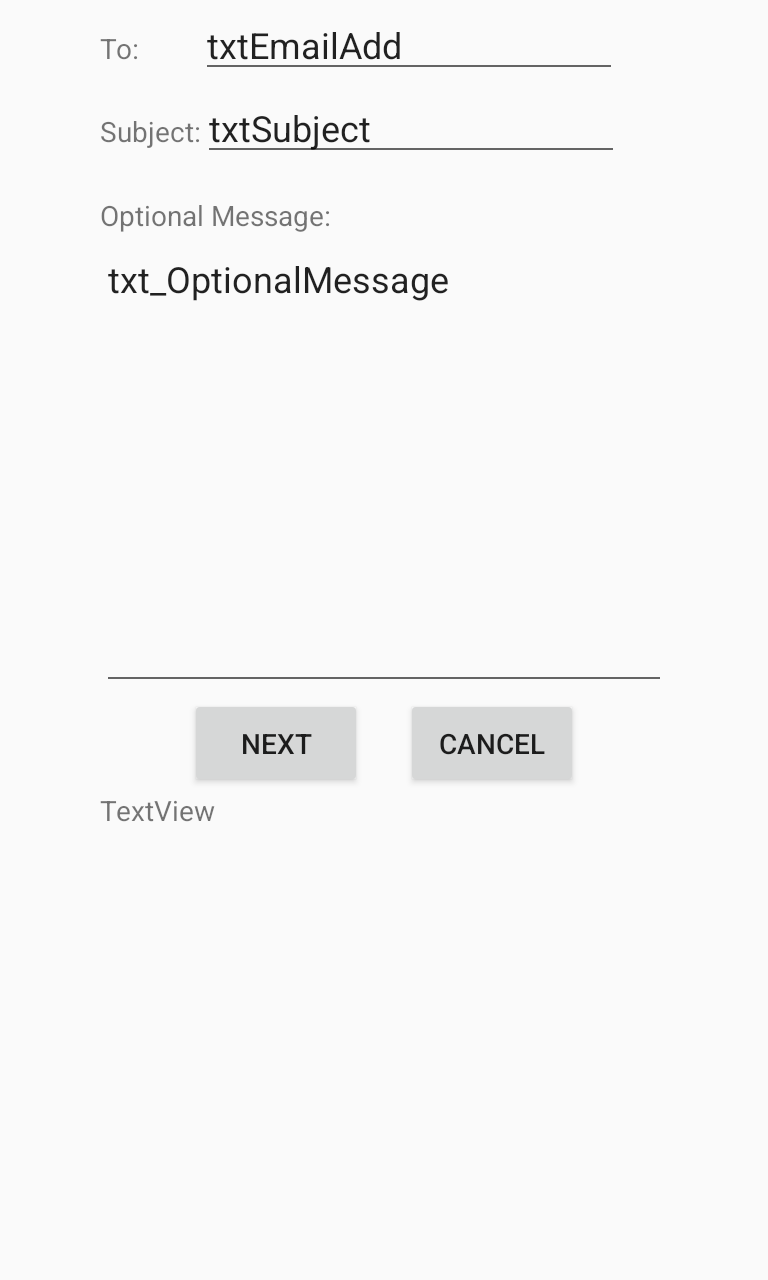
Repository: TeamZhao/Assignment-Tracker
Layout: AssignmentTracker/res/layout/activity_get_email_info.xml
These files come from the project's save history. The layout is drawn as it stood at one moment and after the next save; the edit follows.
It is drawn on a 768 x 1280 px phone screen (xhdpi) without system bars, with theme AppTheme; the app's code is not run.

Above is the layout before, as saved 2014-12-01 02:52:29.

### AssignmentTracker/res/layout/activity_get_email_info.xml
<LinearLayout xmlns:android="http://schemas.android.com/apk/res/android"
    android:layout_width="match_parent"
    android:layout_height="match_parent"
    android:orientation="vertical"
    android:paddingLeft="50dp"
    android:paddingRight="50dp" >

    <LinearLayout
        android:layout_width="match_parent"
        android:layout_height="wrap_content"
        android:orientation="horizontal" >

        <TextView
            android:id="@+id/textView1"
            android:layout_width="wrap_content"
            android:layout_height="wrap_content"
            android:paddingRight="30dp"
            android:text="@string/to" />

        <EditText
            android:id="@+id/txtEmailAdd"
            android:layout_width="wrap_content"
            android:layout_height="wrap_content"
            android:ems="10"
            android:enabled="true"
            android:text="txtEmailAdd" />

    </LinearLayout>

    <LinearLayout
        android:layout_width="match_parent"
        android:layout_height="wrap_content"
        android:orientation="horizontal" >

        <TextView
            android:id="@+id/textView3"
            android:layout_width="wrap_content"
            android:layout_height="wrap_content"
            android:text="@string/subject" />

        <EditText
            android:id="@+id/txtSubject"
            android:layout_width="wrap_content"
            android:layout_height="wrap_content"
            android:ems="10"
            android:enabled="true"
            android:text="txtSubject" />

    </LinearLayout>

    <TextView
        android:id="@+id/textView2"
        android:layout_width="wrap_content"
        android:layout_height="wrap_content"
        android:layout_marginTop="15dp"
        android:text="@string/optionalMessage" />

    <EditText
        android:id="@+id/txt_OptionalMessage"
        android:layout_width="match_parent"
        android:layout_height="wrap_content"
        android:enabled="true"
        android:gravity="center_vertical|top"
        android:inputType="textMultiLine"
        android:lines="10"
        android:text="txt_OptionalMessage" />

    <LinearLayout
        android:layout_width="match_parent"
        android:layout_height="wrap_content"
        android:gravity="center_horizontal"
        android:orientation="horizontal" >

        <Button
            android:id="@+id/btnNext"
            android:layout_width="wrap_content"
            android:layout_height="wrap_content"
            android:layout_marginRight="10dp"
            android:text="@string/next" />

        <Button
            android:id="@+id/btnCancelEmail1"
            android:layout_width="wrap_content"
            android:layout_height="wrap_content"
            android:layout_marginLeft="10dp"
            android:text="@string/cancel" />
    </LinearLayout>

    <TextView
        android:id="@+id/textViewDisplayInfo"
        android:layout_width="wrap_content"
        android:layout_height="wrap_content"
        android:text="TextView" />

</LinearLayout>

### AssignmentTracker/res/values/strings.xml
<?xml version="1.0" encoding="utf-8"?>
<resources>

    <string name="app_name">Assignment Tracker</string>
    <string name="hello_world">Hello world!</string>
    <string name="action_settings">Settings</string>
    <string name="title_activity_add_semester">Add New Semester</string>
    <string name="semesterDetails">Add semester</string>
    <string name="semesterNo">Enter your semester number</string>
    <string name="semesterName">Enter the semester name and other info</string>
    <string name="addSemester">Add</string>
    <string name="cancelSemester">Cancel</string>
    <string name="nameOfSemester">Name</string>
    <string name="semester">Semester</string>
    <string name="title_activity_main">Assignment Tracker</string>
    <string name="instsuction_add">Please press menu button on the upper right corner to add new record.</string>
    <string name="add_semester">Add Semester</string>
    <string name="add_course">Add Course/Project</string>
    <string name="add_assignment">Add Assignment</string>
    <string name="title_activity_add_assignment">Add New Assignment</string>
    <string name="title">Title</string>
    <string name="course">Course</string>
    <string name="due_date">Due Date</string>
    <string name="progress">Progress</string>
    <string name="add">Add</string>
    <string name="cancel">Cancel</string>
    <string name="delete">Delete</string>
    <string name="update">Update</string>
    <string name="emailAss">Send As Email</string>
    <string name="confirm">Confirm</string>
    <string name="title_activity_update_assignment">Update Assignment</string>
    <string name="title_activity_add_course">Add New Course</string>
    <string name="course_code">Course Code</string>
    <string name="professor">Professor</string>
    <string name="course_name">Course Name</string>
    <string name="course_description">Course Description</string>
    <string name="title_activity_show_semesters">Semesters</string>
    <string name="show_semesters">Show All Semesters</string>
    <string name="title_activity_show_courses">Courses</string>
    <string name="show_courses">Show All Courses</string>
    <string name="title_activity_update_course">Update Course</string>
    <string name="title_activity_update_semester">Update Semester</string>
    <string name="Update">Update</string>
    <string name="updateSemester">Update Semester</string>
    <string name="title_activity_splash_screen">Assignment Tracker</string>
    <string name="companyLogo">Company Logo</string>
    <string name="ImA">I am a..</string>
    <string name="teacher">Teacher</string>
    <string name="student">Student</string>
    <string name="title_activity_delete_semester_confirmation">Delete Semester Confirmation</string>
    <string name="title_activity_dev_tools">DevTools</string>
    <string name="devCleanDatabaseText">Clean DB</string>
    <string name="devPopulateDatabase">Populate DB</string>
    <string name="DevPH01">DevPH01</string>
    <string name="DevPH02">DevPH02</string>
    <string name="DevPH03">DevPH03</string>
    <string name="DevPH04">DevPH04</string>
    <string name="DevPH05">DevPH05</string>
    <string name="DevPH06">DevPH06</string>
    <string name="title_activity_add_teacher_course">Add Course</string>
    <string name="title_activity_update_teacher_course">Update Course</string>
    <string name="title_activity_show_teacher_assignments">Assignments</string>
    <string name="show_teacher_assignments">Show All Assignments</string>
    <string name="title_activity_show_course_assignments">Assignments For Selected Course</string>
    <string name="show_progress_report">Assignment Progress Report</string>
    <string name="title_activity_get_email_info">Email Assignment</string>
    <string name="to">To:</string>
    <string name="subject">Subject:</string>
    <string name="optionalMessage">Optional Message:</string>
    <string name="next">Next</string>
    <string name="title_activity_email_content_to_send">Email Assignment</string>
    <string name="progressReportLabel">Progress Report</string>
    <string name="send">Send</string>

</resources>

Loaded but not shown: AssignmentTracker/res/values/styles.xml (common file); AssignmentTracker/res/values-v11/styles.xml (common file); AssignmentTracker/res/values-v14/styles.xml (common file)

After the next save:
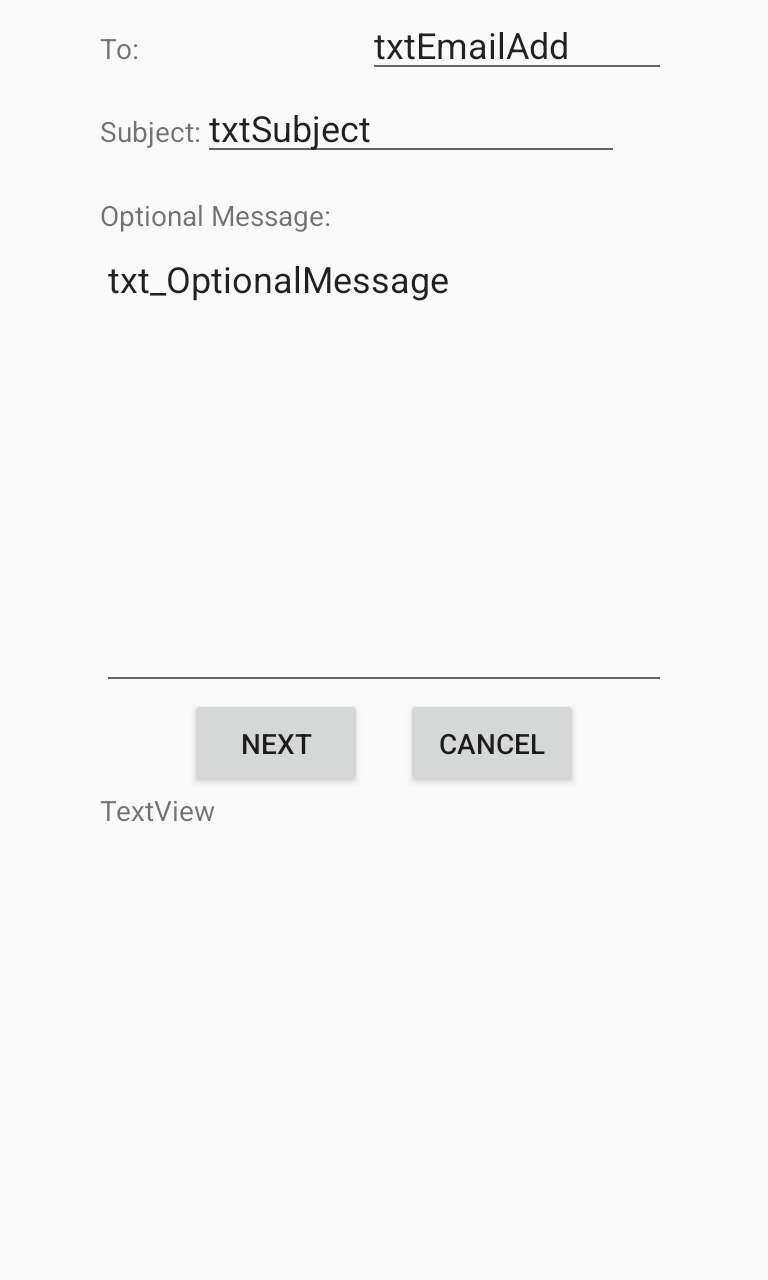
Saved 3 min 56 s later.
--- a/AssignmentTracker/res/layout/activity_get_email_info.xml
+++ b/AssignmentTracker/res/layout/activity_get_email_info.xml
@@ -14,14 +14,14 @@
             android:id="@+id/textView1"
             android:layout_width="wrap_content"
             android:layout_height="wrap_content"
-            android:paddingRight="30dp"
+            android:layout_weight="1"
             android:text="@string/to" />
 
         <EditText
             android:id="@+id/txtEmailAdd"
             android:layout_width="wrap_content"
             android:layout_height="wrap_content"
-            android:ems="10"
+            android:layout_weight="0.4"
             android:enabled="true"
             android:text="txtEmailAdd" />
 
